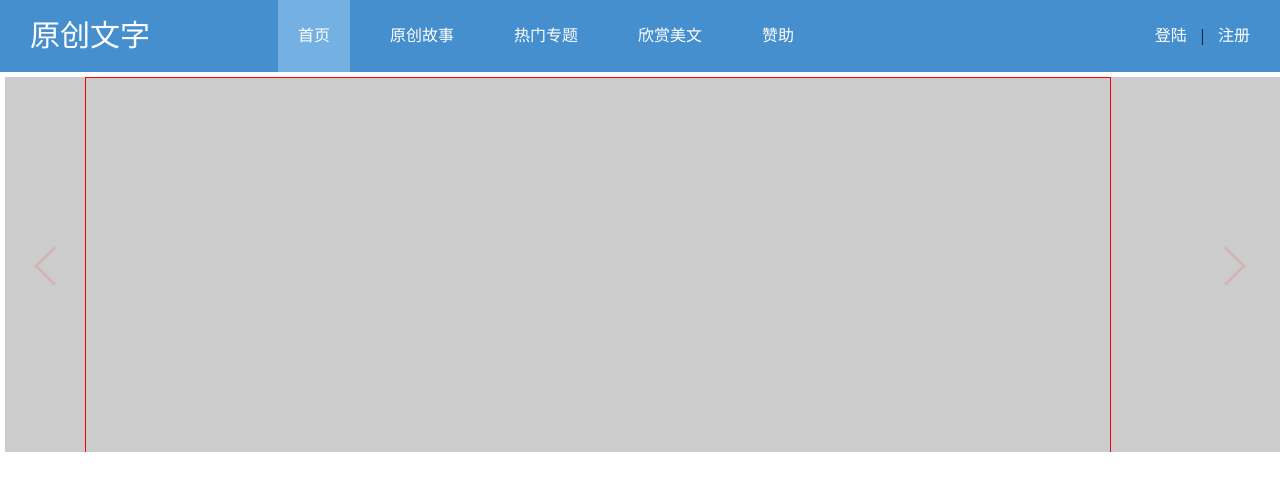
Repository: equation-zheng/Article
Page: http://localhost/Idles/
These files come from the project's save history. The page is drawn as it stood at one moment and after the next save; the edit follows.
The browser window is 1280 px wide. The pictures show the whole page.
The pointer rests on the first visible `.banner`.
The page is served by Tomcat 9.

Above is the page before, as saved 2017-12-06 02:35:07.

After the next save:
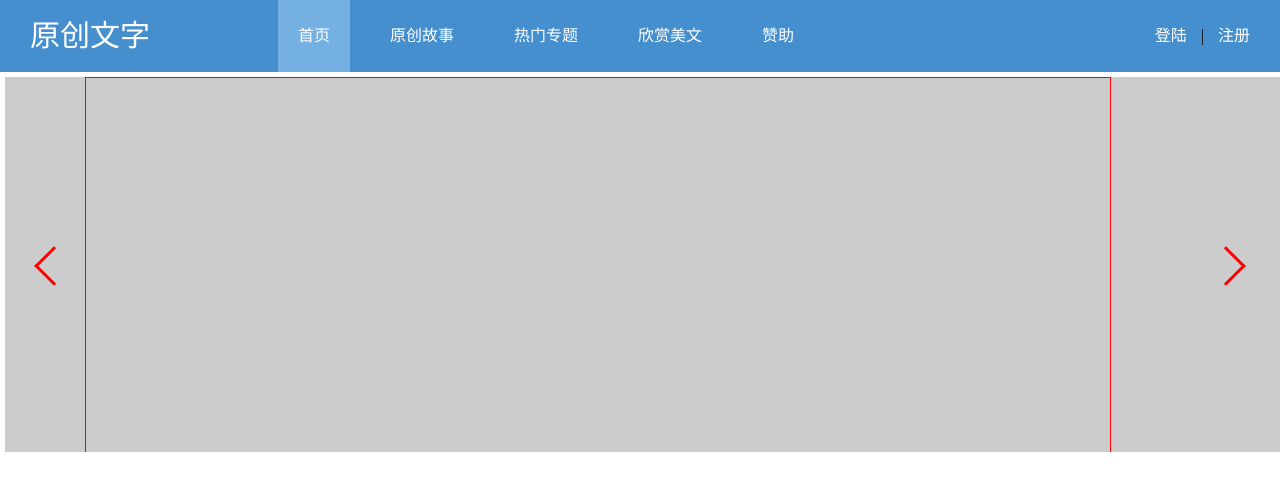
Saved 47 s later.
--- a/Service/apache-tomcat-7.0.82/Idles/WebContent/index.jsp
+++ b/Service/apache-tomcat-7.0.82/Idles/WebContent/index.jsp
@@ -96,6 +96,9 @@
 		border-top-style: solid;
 		border-right-style: solid;
 	}
+	.banner:hover s {
+		opacity: 1;
+	}
 
 </style>
 <body>
